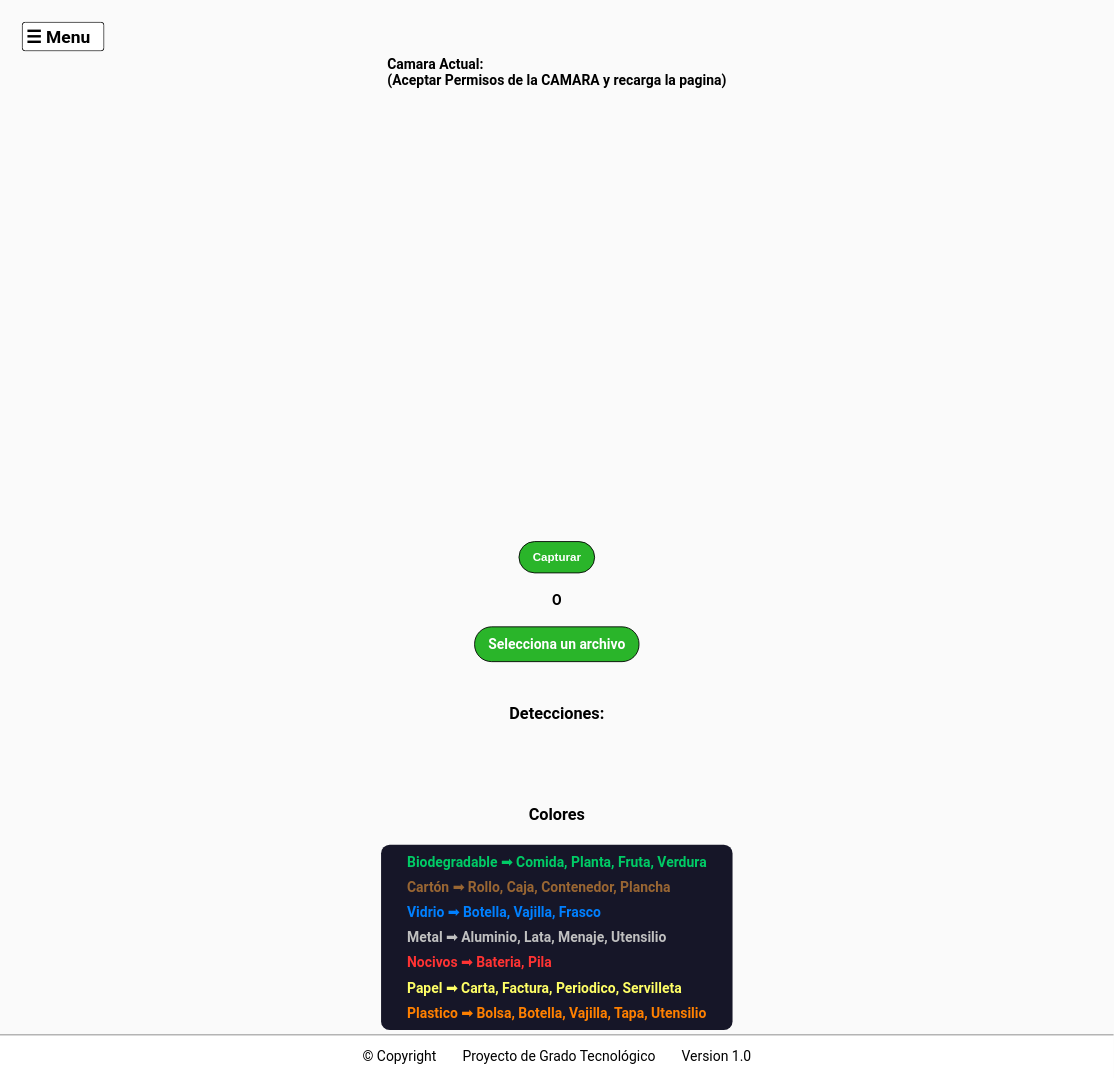
Repository: castecabas/Recicladora
Page: http://localhost/model
These files come from the project's save history. The page is drawn as it stood at one moment and after the next save; the edit follows.
The browser window is 1280 px wide. The pictures show the whole page, at 87% of full size.
Pictures or frames that could not be fetched are drawn as grey boxes. The page is served by the project's application, run on Flask 3 (src/index.py). Other server files are loaded and not shown.

Above is the page before, as saved 2024-12-24 16:43:51.

### src/templates/model.html
<!DOCTYPE html>
<html lang="en">

<head>
    <meta charset="UTF-8">
    <meta name="viewport" content="width=device-width, initial-scale=1.0">
    <title>Clasificador</title>
    <link rel="stylesheet" href="{{ url_for('static', filename='css/model.css') }}">
    <link rel="shortcut icon" href="https://i.postimg.cc/gk7MpWkm/logo.webp" />
</head>

<body>
    <span class="btn_openmenu" onclick="openNav()">&#9776; Menu</span><br><br>
    <nav class="aside" id="aside">
        <div class="overlay"></div>
        <img class="aside_logo" src="https://i.postimg.cc/gk7MpWkm/logo.webp">
        <h1 style="text-decoration: underline;">Opciones</h1>

        <label for="confidenceThreshold">
            <span class="tooltip-container">
                <img class="logo_x"
                    src="https://images.vexels.com/media/users/3/152347/isolated/preview/27304b9b14ce9bd8a28ca637ed92070e-icono-de-signo-de-interrogacion-de-circulo-azul.png"
                    alt="Ayuda">
                <span class="tooltip-text">Es la probabilidad que determina en las predicciones,si es alto es más
                    confiable, aunque puede omitir objetos al no cumplir dicho porcentaje. Si es bajo, será menos
                    confiable, pero detectará aún más.</span>
            </span>
            Umbral de Confianza:
        </label>
        <input type="range" id="confidenceThreshold" min="0.1" max="0.8" step="0.01" value="0.5">
        <span id="confidenceValue" style="color: white;">0.5</span>

        <label for="SwitchCamera">Camara</label>
        <button id="switchCameraBtn">Cambiar de dispositivo</button>
        </a>
        <label class="nav-link-aside" for="darkModeToggle"><input type="checkbox" class="btn_darkmode"
                id="darkModeToggle" hidden>
            Modo Oscuro</label>
        <br>
        <a href="javascript:void(0)" class="closebtn" onclick="closeNav()">Cerrar Menú</a>
        <a href="{{ url_for('index') }}" class="nav-link">Ir a Inicio</a>
    </nav>

    <div class="container">
        <main>
            <div>
                <div>
                    <p>Camara Actual: <span id="currentCamera"></span><br>
                        (Aceptar Permisos de la CAMARA y recarga la pagina)</p>
                    <video id="video" width="640" height="480" autoplay></video><br>
                    <button id="captureBtn">Capturar</button>
                    <p>O</p>
                    <input type="file" id="fileInput" hidden accept="image/*,video/*">
                    <label for="fileInput" id="fileinputlabel">Selecciona un archivo</label>
                </div>
                <br>
                <img id="resultImage">
            </div>
            <canvas id="canvas" width="640" height="480" style="display:none;"></canvas>
            <div>
                <h3>Detecciones:</h3>
                <ul id="detectionsList"></ul>
            </div>
            <div class="colors">
                <h3>Colores</h3>
                <ul>
                    <li class="bio">Biodegradable &#10143; Comida, Planta, Fruta, Verdura</li>
                    <li class="cardb">Cartón &#10143; Rollo, Caja, Contenedor, Plancha</li>
                    <li class="glass">Vidrio &#10143; Botella, Vajilla, Frasco</li>
                    <li class="metal">Metal &#10143; Aluminio, Lata, Menaje, Utensilio</li>
                    <li class="noxios">Nocivos &#10143; Bateria, Pila</li>
                    <li class="paper">Papel &#10143; Carta, Factura, Periodico, Servilleta</li>
                    <li class="plastic">Plastico &#10143; Bolsa, Botella, Vajilla, Tapa, Utensilio</li>
                </ul>
            </div>
        </main>
        {% include 'components/footer.html' %}
    </div>
    <script src="{{ url_for('static', filename='js/model.js') }}"></script>
    <script src="{{ url_for('static', filename='js/dark_mode.js') }}"></script>
</body>

</html>

### src/templates/components/footer.html
<footer class="footer">
    <style>
        .footer {
            width: 100%;
            background-color: white;
            text-align: center;
            padding: 15px;
            box-sizing: border-box;
            position: relative;
            bottom: 0;
            font-family: 'Roboto', sans-serif;
            border-top: 1px solid gray;
            margin-top: auto;
        }

        .footer ul {
            list-style: none;
            padding: 0;
            margin: 0;
            display: flex;
            flex-direction: column;
            align-items: center;
        }

        .footer ul li {
            text-decoration: none;
            margin: 5px 0;
        }

        @media (min-width: 600px) {
            .footer ul {
                flex-direction: row;
                justify-content: center;
            }

            .footer ul li {
                margin: 0 15px;
            }
        }

        /* MODO OSCURO */
        body.dark-mode footer{
            background: rgb(29, 0, 28);
            background: linear-gradient(90deg, rgba(29, 0, 28, 1) 0%, rgba(11, 0, 34, 1) 8%, rgba(0, 0, 22, 1) 100%);
            border-top: 1px solid #686868;
            transition: all 0.3s ease-in;
        }

        body.dark-mode footer li{
            color: white;
        }
    </style>

    <ul>
        <li>© Copyright</li>
        <li>Proyecto de Grado Tecnológico</li>
        <li>Version 1.0</li>
    </ul>

</footer>

### src/index.py
from flask import Flask, render_template, Response, request, jsonify
from yolo_model import YOLOModel
from camera import Camera
import cv2
import numpy as np
import base64

app = Flask(__name__)

yolo_model = YOLOModel('src/model/best.pt')
camera = Camera()

# RUTAS
@app.route('/')
@app.route('/home')
@app.route('/index')
def index():
    return render_template('index.html')

@app.route('/about')
def about():
    return render_template('about.html')

@app.route('/learn')
def learn():
    return render_template('learn.html')

@app.route('/model')
def model():
    return render_template('model.html')

@app.route('/news')
def news():
    return render_template('news.html')

@app.route('/recycle')
def recycle():
    return render_template('recycle.html')

# FUNCIONES

    #NOTE: obtener las camaras
@app.route('/get_cameras')
def get_cameras():
    return jsonify(camera.get_camera_list())

    #NOTE: cambiar camara
@app.route('/switch_camera/<int:camera_id>')
def switch_camera(camera_id):
    camera.select_camera(camera_id)
    return "OK"

    #NOTE: detectar dicha imagen
@app.route('/detect', methods=['POST'])
def detect():
    try:
        if 'file' not in request.files:
            return jsonify({'error': 'No file part'}), 400

        file = request.files['file']
        confidence = float(request.form.get('confidence', 0.25))

        # Lee la imagen del archivo
        npimg = np.fromfile(file, np.uint8)
        img = cv2.imdecode(npimg, cv2.IMREAD_COLOR)

        # Detecta objetos usando el modelo YOLO
        results = yolo_model.detect(img, conf_threshold=confidence)
        if results is None:
            return jsonify({'error': 'No detections returned from model'}), 500

        # Dibuja los cuadros de detección en la imagen
        processed_img = yolo_model.draw_boxes(img, results)

        # Codifica la imagen procesada en base64 para enviar al cliente
        _, buffer = cv2.imencode('.jpg', processed_img)
        img_base64 = base64.b64encode(buffer).decode('utf-8')

        return jsonify({
            'image': f'data:[embedded picture, 35 characters]',
            'detections': results
        })
    except Exception as e:
        print(f"Error during detection: {e}")
        return jsonify({'error': str(e)}), 500

# EJECUCION
if __name__ == '__main__':
    app.run(debug=True)

### src/static/css/model.css
html,
body {

    margin: 0;
    padding: 0;
    font-family: 'Roboto', sans-serif;
    background-color: #fafafa;
    display: flex;
    flex-direction: column;
    min-height: 100vh;
    transition: all 0.5s ease;
}

main {
    max-height: auto;
}

.btn_openmenu {
    font-size: 20px;
    cursor: pointer;
    position: fixed;
    background-color: white;
    border-radius: 4px;
    border: 1px solid black;
    margin: 25px;
    padding: 4px;
    padding-right: 15px;
    z-index: 100;
    font-weight: 600;
}

.btn_openmenu:hover {
    background-color: rgb(209, 209, 209);
}

.container {
    display: flex;
    flex-direction: column;
    min-height: 100vh;
    width: 100%;
    /* Asegura que ocupe todo el ancho */
    align-items: center;
    margin: 0;
    box-sizing: border-box;
}

main div {
    display: flex;
    flex-direction: column;
    align-items: center;
    justify-content: center;
    flex-grow: 1;
    width: 100%;
    max-width: 800px;
    box-sizing: border-box;
}

main div * {
    padding: 5px;
}

main div p {
    font-weight: bold;
}

main div #video {
    border-radius: 20px;
    max-width: 640px;
    width: 100%;
    max-height: 700px;
    aspect-ratio: 4/3;
    padding: 0;
}

main div #resultImage {
    border-radius: 20px;
    max-width: 640px;
    width: 100%;
    max-height: 740px;
    padding: 0;
    border: 0px;
    box-shadow: 10px 10px 15px rgba(0, 0, 0, 0.5);
}

@media(max-width:638px) {
    main div #resultImage {
        border-radius: 0;
        box-shadow: none;
    }

}

main div #captureBtn,
main div #fileinputlabel {
    border-radius: 20px;
    background-color: #2AB52A;
    color: white;
    font-weight: bold;
    padding: 10px 15px 10px 15px;
    border: 1px solid black;
}

main div #captureBtn:hover,
main div #fileInput:hover {
    background-color: #219121;
}

main div ul#detectionsList {
    overflow-y: auto;
    max-height: 200px;
    width: 90vw;
    max-width: 634px;

}

main div ul#detectionsList li {
    font-size: large;
}


.aside {
    background: url(https://i.postimg.cc/8kbKKzK0/model-aside.webp);
    background-repeat: no-repeat;
    background-size: cover;
    height: 100%;
    width: 0;
    position: fixed;
    z-index: 100;
    top: 0;
    left: 0;
    background-color: #111;
    overflow-x: hidden;
    transition: 0.5s;
    justify-content: center;
    color: white;
    display: flex;
    flex-direction: column;
    text-align: center;
    align-items: center;
}

.aside * {
    margin: 5px 20px 5px 20px;
    font-weight: bold;
    z-index: 102;
    padding: 8px;
    color: #31ca31;
}

.aside .overlay {
    position: absolute;
    margin: 0;
    top: 0;
    left: 0;
    right: 0;
    bottom: 0;
    background-color: rgba(0, 0, 0, 0.55);
    z-index: 101;
}

.aside img.aside_logo {
    aspect-ratio: 1/1;
    max-width: 100px;
}

@media(max-height:850px) {
    .aside img.aside_logo {
        display: none;
    }
}


.aside h1 {
    color: #2AB52A;

}

.aside .closebtn {
    text-decoration: none;
    color: white;
    border-radius: 4px;
    background-color: #206BCE;
    padding: 10px 15px 10px 15px;
    border: 1px solid black;
    width: 134px;
}

.aside .closebtn:hover {
    background-color: #1a58a8;
}

.aside .logo_x {
    position: relative;
    padding-left: 0px;
    margin: 0px;
    aspect-ratio: 1/1;
    height: 20px;
    cursor: pointer;
}


/* Estilos del contenedor del tooltip */
.tooltip-container {
    position: relative;
    display: inline-block;
    padding: 0;
    margin: 0;
}

/* Ocultar el tooltip por defecto */
.tooltip-text {
    opacity: 0;
    /* Oculto por defecto */
    width: 135px;
    background-color: #2ea664;
    color: #f5f6fc;
    text-align: center;
    font-size: small;
    padding: 5px;
    border-radius: 5px;
    position: absolute;
    top: -120px;
    /* Ajusta la posición para que esté sobre la imagen */
    left: 50%;
    transform: translateX(-25%);
    transition: opacity 0.3s ease-in-out;

    /* Transición suave */
    z-index: 9000;
}

/* Flecha del tooltip */
.tooltip-text::after {
    content: "";
    position: absolute;
    bottom: -5px;
    /* Flecha debajo del tooltip */
    left: 50%;
    transform: translateX(-50%);
    border-width: 5px;
    border-style: solid;
    border-color: #333 transparent transparent transparent;
}

/* Mostrar el tooltip al pasar el ratón sobre la imagen */
.tooltip-container:active .tooltip-text,
.tooltip-container:hover .tooltip-text {
    opacity: 1;
    animation: hideTooltip 18s forwards;
    /* Inicia la animación para ocultarlo después de 3 segundos */
}

/* Animación para ocultar el tooltip */
@keyframes hideTooltip {
    0% {
        opacity: 1;
    }

    90% {
        opacity: 1;
    }

    100% {
        opacity: 0;
    }
}


.aside #confidenceThreshold {
    accent-color: #2AB52A;
    background-color: white;
}


.aside .colors li {
    list-style: none;
}


.aside #switchCameraBtn {
    border-radius: 4px;
    background-color: #2AB52A;
    color: white;
    border: 1px solid black;
}

.aside #switchCameraBtn:hover {
    background-color: #219121;
}

.aside .nav-link,
.aside .nav-link-aside {
    text-decoration: none;
    color: white;
    background-color: #206BCE;
    border-radius: 4px;
    max-width: 75vw;
    padding: 10px 15px 10px 15px;
    border: 1px solid black;
    width: 134px;
    font-size: large;
}

.aside .nav-link:hover {
    background-color: #1a58a8;
}

.aside .nav-link-aside {
    background-color: #31ca31;
    font-size: small;
}

.aside .nav-link-aside:hover {
    background-color: #2AB52A;
    cursor: pointer;
}

label#fileinputlabel:hover {
    cursor: pointer;
    background-color: #2AB52A;
}

div.colors {


    padding: 5px;

    label {
        font-weight: bold;
    }

    ul {
        margin: 0;
        padding: 5px 25px 5px 25px;
        border-radius: 10px;
        background: rgba(0, 0, 20, 0.911);
        max-width: max-content;
        position: relative;
        justify-content: center;

        li {
            list-style-type: none;
            font-weight: 600;
            line-break: anywhere;

        }
    }


    .bio {
        color: #00cc66;
    }

    .cardb {
        color: #996633;
    }

    .glass {
        color: #0080ff;
    }

    .metal {
        color: #c0c0c0;
    }

    .noxios {
        color: #ff3333;
    }

    .paper {
        color: #ffff66;
    }

    .plastic {
        color: #ff8000;
    }
}


/* MODO OSCURO */

body.dark-mode {
    background-color: #000014;
}

body.dark-mode #video {
    border: 1px outset white;
}

body.dark-mode .container p,
body.dark-mode .container h3 {
    color: white;
}

body.dark-mode .container p,
body.dark-mode .container ul#detectionsList li {
    color: white;
}

### src/static/js/model.js
let currentCameraIndex = 0;
let cameras = [];
const clsname = [
    "Comida", "Planta", "Fruta o Verdura", "Base de Carton", "Caja de Carton",
    "Contenedor de Carton", "Forma de Carton", "Botella de Vidrio", "Vajilla de Vidrio",
    "Fragmentos de Vidrio", "Frasco de Vidrio", "Jarra de Vidrio", "Aluminio",
    "Contenedor Metalico", "Latas de Alimento", "Menaje Metalico", "Metal Menor",
    "Utensilio Metalico", "Bateria o Pila", "Carta de Papel", "Recibo o Factura",
    "Periodico o Revista", "Forma de Papel", "Papel de Higiene", "Bolsa de Plastico",
    "Botella de Plastico", "Contenedor de Plastico", "Envase de Plastico",
    "Vajilla de Plastico", "Tapa de Plastico", "Utensilio de Plastico"
  ];
let confidenceThreshold = 0.5;

const parrafo = document.getElementById("confidenceValue");

const valorDecimal = parseFloat(parrafo.textContent);
const valorPorcentaje = valorDecimal * 100;
parrafo.textContent = valorPorcentaje + "%";

document.addEventListener('DOMContentLoaded', function () {
    fetchCameras();

    document.getElementById('switchCameraBtn').addEventListener('click', switchCamera);
    document.getElementById('captureBtn').addEventListener('click', captureAndDetect);
    document.getElementById('fileInput').addEventListener('change', handleFileSelect);

    const confidenceSlider = document.getElementById('confidenceThreshold');
    const confidenceValue = document.getElementById('confidenceValue');

    confidenceSlider.addEventListener('input', function () {
        confidenceThreshold = parseFloat(this.value);
        confidenceValue.textContent = confidenceThreshold.toFixed(2);
        const valorDecimal = parseFloat(parrafo.textContent);
        const valorPorcentaje = valorDecimal * 100;
        parrafo.textContent = valorPorcentaje.toFixed(0) + "%";
    });
});

function fetchCameras() {
    navigator.mediaDevices.enumerateDevices()
        .then(devices => {
            cameras = devices.filter(device => device.kind === 'videoinput');
            updateCurrentCamera();
        })
        .catch(error => {
            console.error('Error enumerating devices:', error);
        });
}

async function switchCamera() {
    currentCameraIndex = (currentCameraIndex + 1) % cameras.length;
    updateCurrentCamera();

    try {
        const stream = await navigator.mediaDevices.getUserMedia({
            video: { deviceId: { ideal: cameras[currentCameraIndex].deviceId } }
        });
        document.getElementById('video').srcObject = stream;
    } catch (error) {
        console.error('Error switching camera:', error);
    }
}

function updateCurrentCamera() {
    const cameraInfo = cameras[currentCameraIndex] ? cameras[currentCameraIndex].label : 'Unknown';
    document.getElementById('currentCamera').textContent = cameraInfo;
}

function captureAndDetect() {
    const video = document.getElementById('video');
    const canvas = document.getElementById('canvas');
    const context = canvas.getContext('2d');

    context.drawImage(video, 0, 0, canvas.width, canvas.height);
    canvas.toBlob(blob => {
        const formData = new FormData();
        formData.append('file', blob, 'capture.jpg');
        formData.append('confidence', confidenceThreshold);
        detectObjects(formData);
    }, 'image/jpeg');
}

function handleFileSelect(event) {
    const file = event.target.files[0];
    const formData = new FormData();
    formData.append('file', file);
    formData.append('confidence', confidenceThreshold);
    detectObjects(formData);
}

function detectObjects(formData) {
    fetch('/detect', {
        method: 'POST',
        body: formData
    })
        .then(response => response.json())
        .then(data => {
            document.getElementById('resultImage').src = data.image;
            updateDetectionsList(data.detections);
        })
        .catch(error => {
            console.error('Error detecting objects:', error);
        });
}

function updateDetectionsList(detections) {
    const list = document.getElementById('detectionsList');
    list.innerHTML = '';
    detections.forEach(detection => {
        const [x1, y1, x2, y2, conf, cls] = detection;
        const li = document.createElement('li');
        li.textContent = `Clase: ${clsname[cls] || 'Desconocido'}, Confianza: ${conf.toFixed(2) * 100} %`;
        list.appendChild(li);
    });
}

async function initializeCamera() {
    try {
        const stream = await navigator.mediaDevices.getUserMedia({ video: true });
        document.getElementById('video').srcObject = stream;
    } catch (error) {
        console.error('Error accessing camera:', error);
    }
}

function openNav() {
    document.getElementById("aside").style.width = "250px";
}

function closeNav() {
    document.getElementById("aside").style.width = "0";
}

initializeCamera();

### src/static/js/dark_mode.js
document.addEventListener("DOMContentLoaded", () => {
    const toggle = document.getElementById("darkModeToggle");
    const darkModeEnabled = localStorage.getItem("darkMode") === "enabled";

    if (darkModeEnabled) {
        document.body.classList.add("dark-mode");
        toggle.checked = true;
    }

    toggle.addEventListener("change", () => {
        if (toggle.checked) {
            document.body.classList.add("dark-mode");
            localStorage.setItem("darkMode", "enabled");
        } else {
            document.body.classList.remove("dark-mode");
            localStorage.setItem("darkMode", "disabled");
        }
    });
});

After the next save:
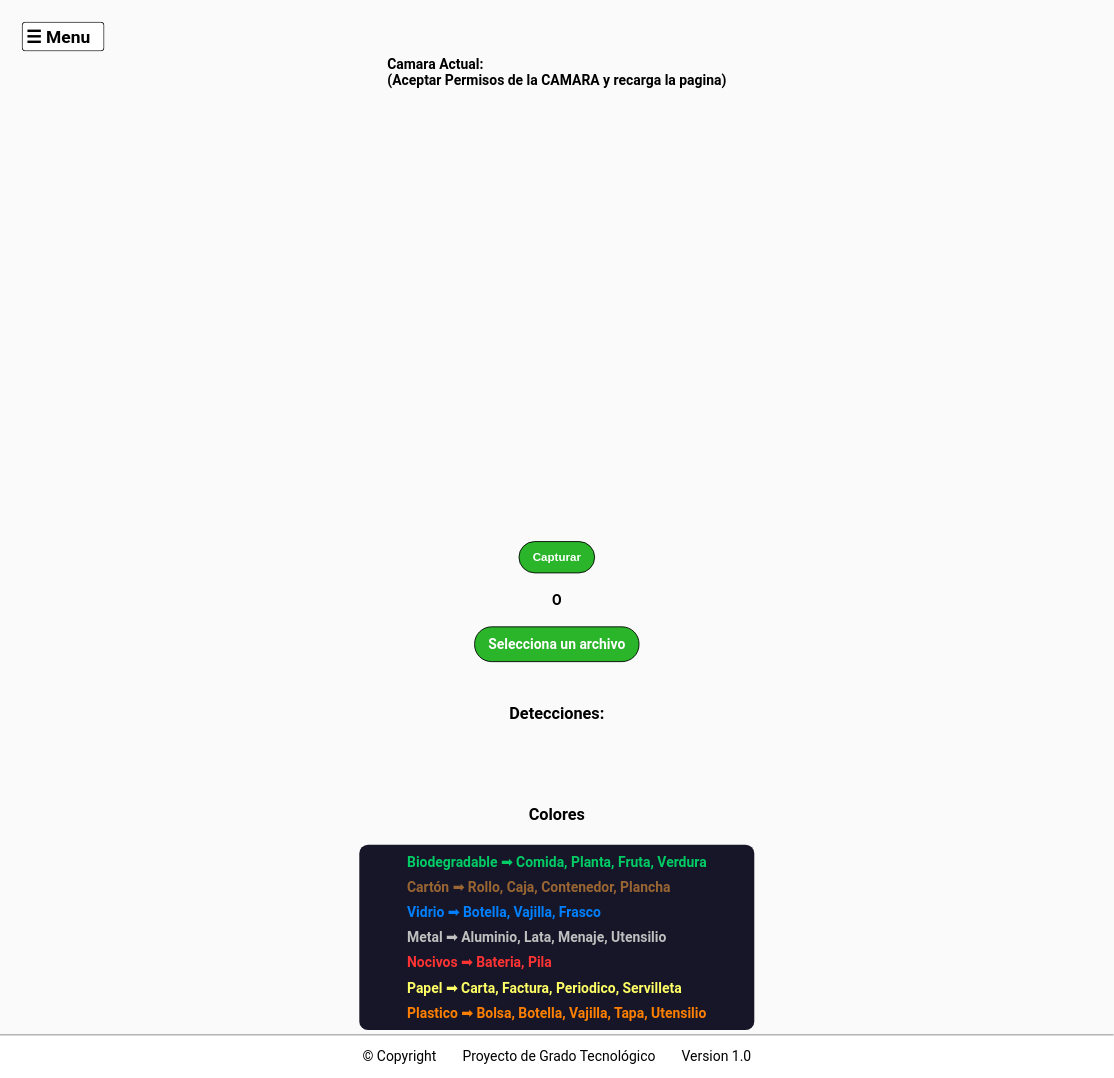
Saved 84 s later.
--- a/src/static/css/model.css
+++ b/src/static/css/model.css
@@ -331,7 +331,7 @@ div.colors {
 
     ul {
         margin: 0;
-        padding: 5px 25px 5px 25px;
+        padding: 5px 50px 5px 50px;
         border-radius: 10px;
         background: rgba(0, 0, 20, 0.911);
         max-width: max-content;
